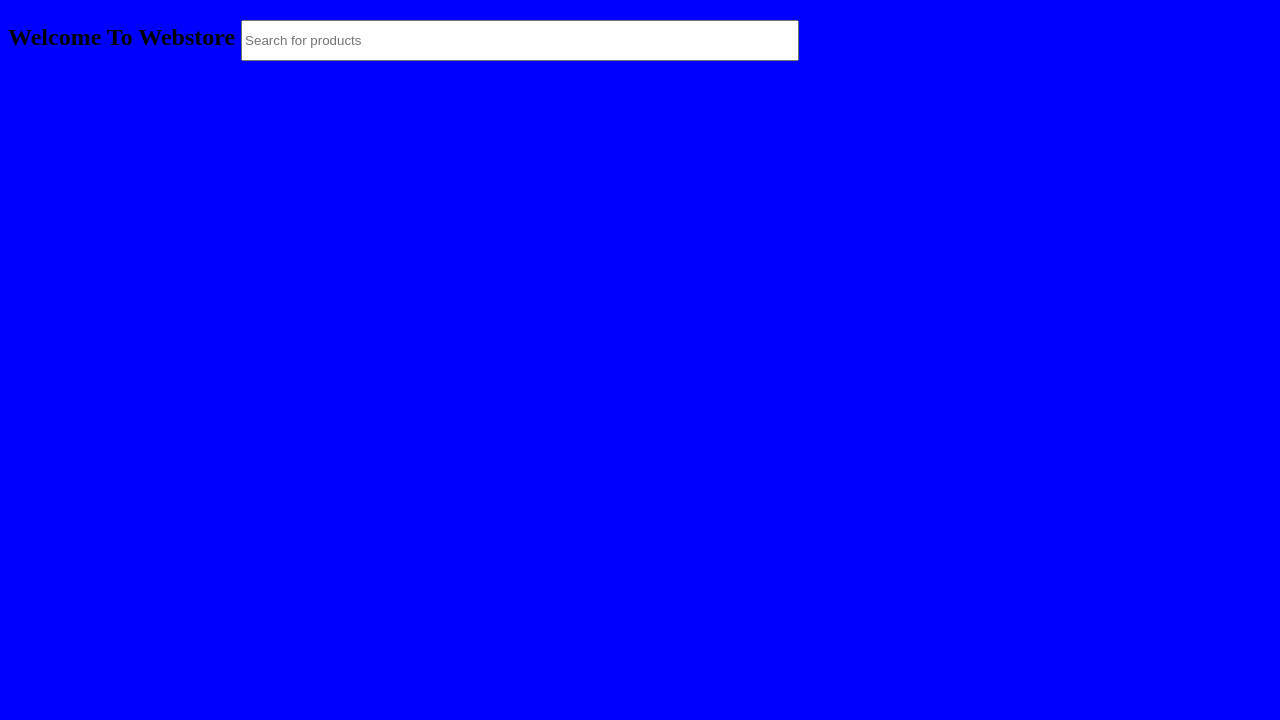
Repository: sourogithub/Final-yr-project-using-j2ee
Page: http://localhost/Webstore/JSP Pages/Front.jsp
These files come from the project's save history. The page is drawn as it stood at one moment and after the next save; the edit follows.
The browser window is 1280 px wide. The pictures show the whole page.
The page is served by Tomcat 9.

Above is the page before, as saved 2017-04-11 08:24:41.

After the next save:
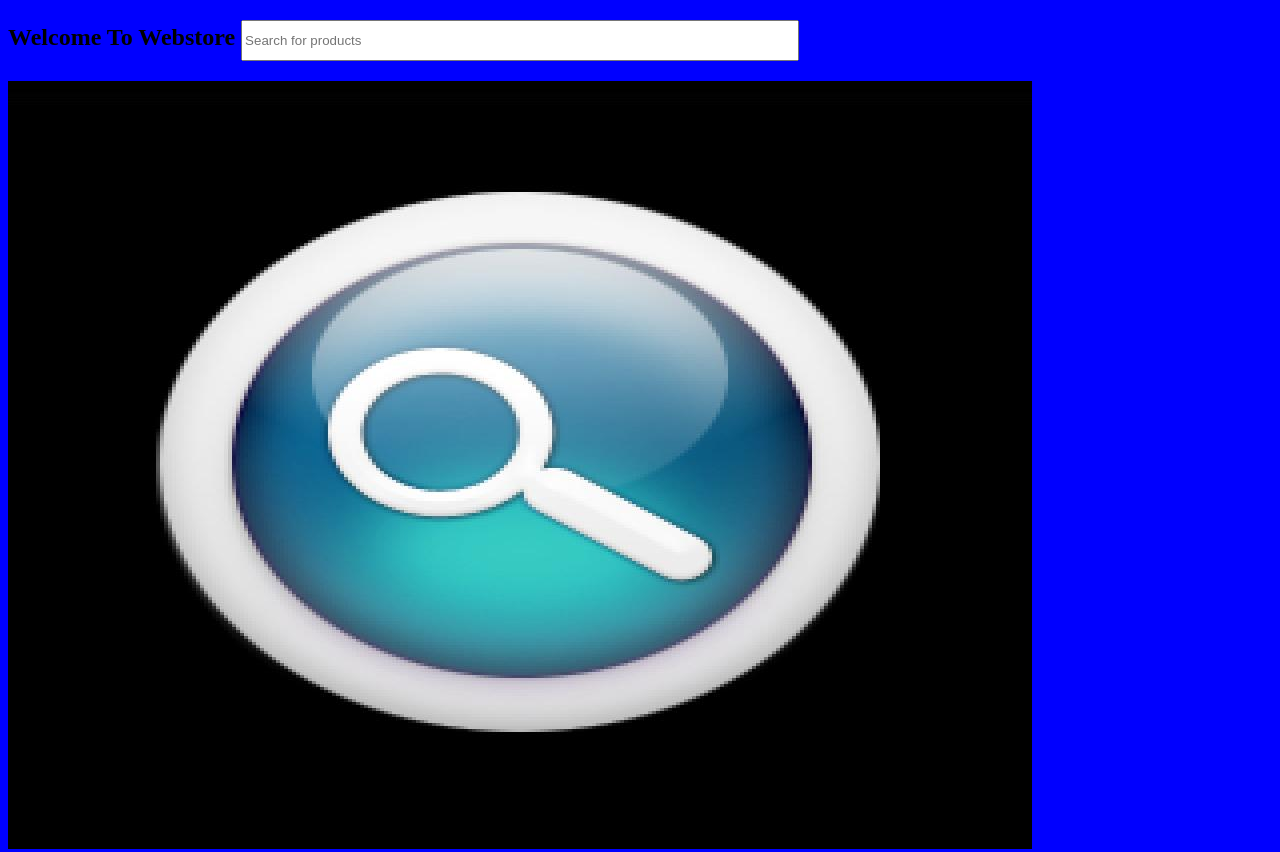
Saved 16 min 0 s later.
--- a/Webstore/WebContent/JSP Pages/Front.jsp
+++ b/Webstore/WebContent/JSP Pages/Front.jsp
@@ -10,6 +10,6 @@
 <div id="top"  style="background:blue; height:100px;position:absolute;top:0px;width:1000px">
 <h2 >Welcome To Webstore
 <input type="text" placeholder="Search for products" required style="border-width:2;width:550px;height:35px"></h2>
-</div>
+<a><img src="../images/search-images-17.jpg"</a></div>
 </body>
 </html>

After the 2 saves that followed:
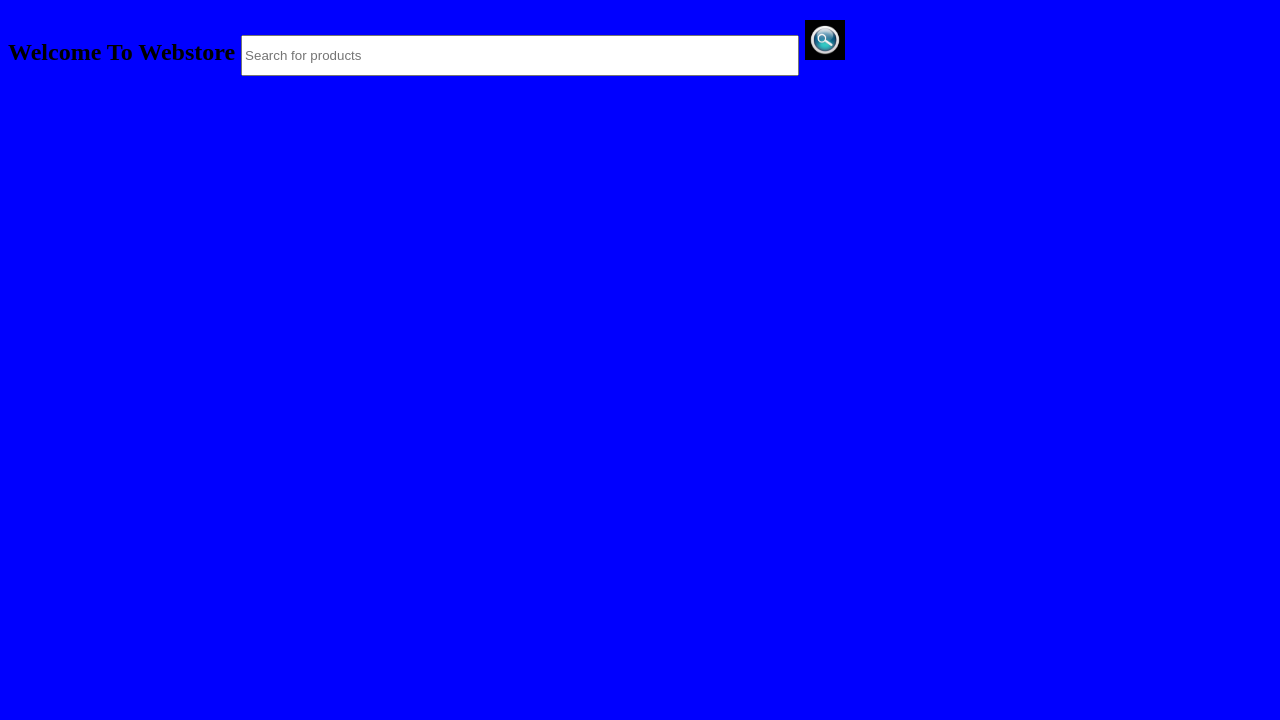
The 2 saves are shown as one change because 1 left the picture as it was.
The last was saved 3 min 7 s later.
--- a/Webstore/WebContent/JSP Pages/Front.jsp
+++ b/Webstore/WebContent/JSP Pages/Front.jsp
@@ -9,7 +9,9 @@
 <body style="background-color:blue">
 <div id="top"  style="background:blue; height:100px;position:absolute;top:0px;width:1000px">
 <h2 >Welcome To Webstore
-<input type="text" placeholder="Search for products" required style="border-width:2;width:550px;height:35px"></h2>
-<a><img src="../images/search-images-17.jpg"</a></div>
+<input type="text" placeholder="Search for products" required style="border-width:2;width:550px;height:35px">
+<a><img src="../images/search-images-17.jpg" height="40px" width="40px"></a>
+</h2>
+</div>
 </body>
 </html>
